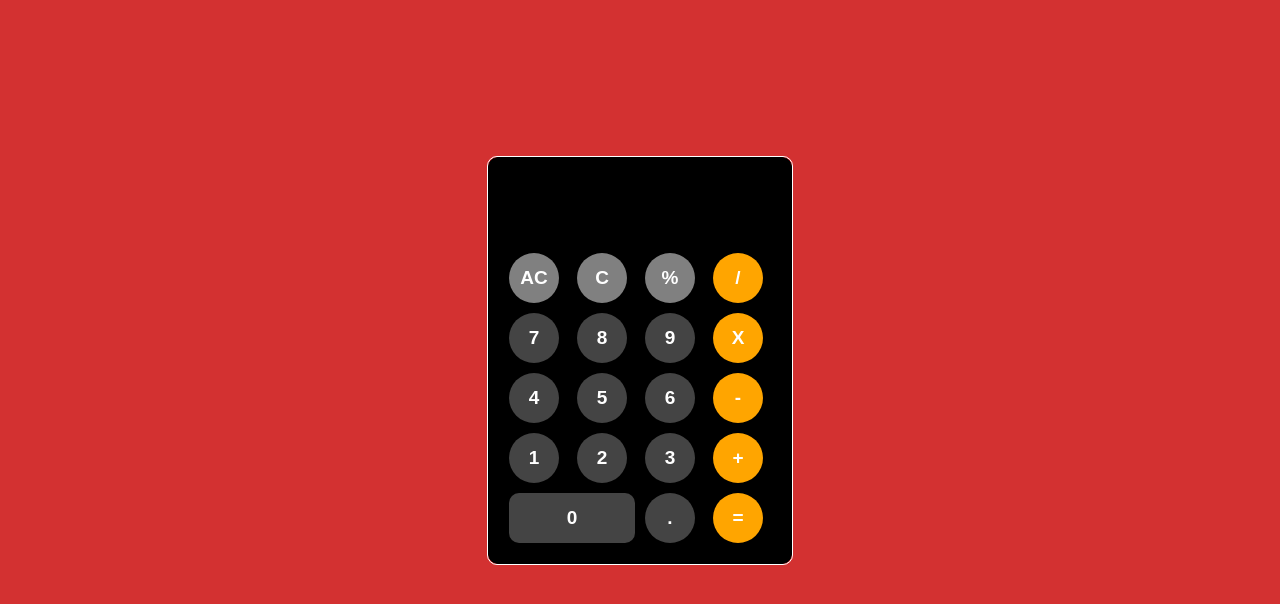
Repository: dmpelaez/calculator
Page: Calculator.html
An editor plug-in stored every save of this project. The page is shown before and after the next save, followed by the edit.
The browser window is 1280 px wide. The pictures show the whole page.

Above is the page before, as saved 2025-12-15 22:56:56.

After the next save:
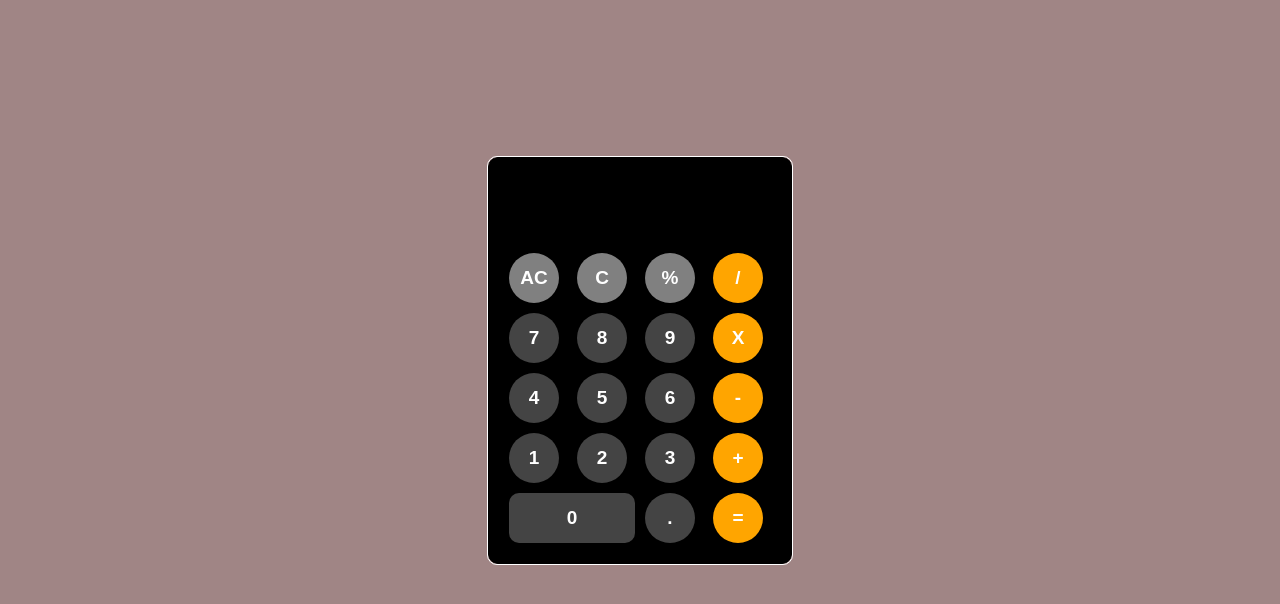
Saved 15 s later.
--- a/Calculator.css
+++ b/Calculator.css
@@ -6,7 +6,7 @@ body {
   align-items: center;
   justify-content: center;
   height: 100vh;
-  background: rgb(211, 49, 49);
+  background: rgb(160, 133, 133);
 }
 
 .container {
